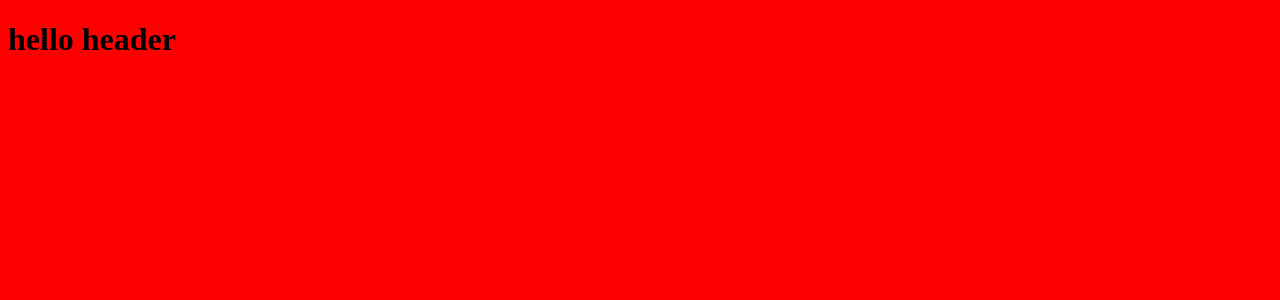
Repository: Rohullah-Noori/shop
Page: index.html
An editor plug-in stored every save of this project. The page is shown before and after the next save, followed by the edit.
The browser window is 1280 px wide. The pictures show the whole page.

Above is the page before, as saved 2025-03-03 15:55:45.

### index.html
<!DOCTYPE html>
<html lang="en">
  <head>
    <meta charset="UTF-8" />
    <meta name="viewport" content="width=device-width, initial-scale=1.0" />
    <title>Document</title>
    <style>
      body {
        background-color: red;
      }
    </style>
  </head>
  <body>
    <h1>hello header</h1>
  </body>
</html>

After the next save:
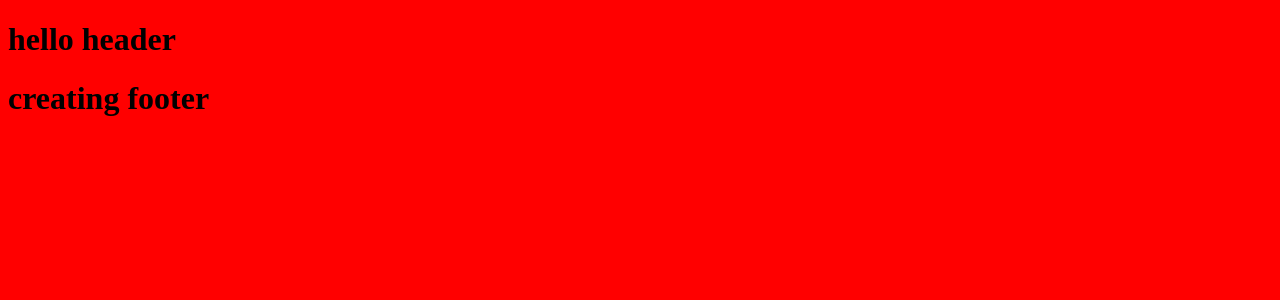
Saved 2 min 10 s later.
--- a/index.html
+++ b/index.html
@@ -13,4 +13,7 @@
   <body>
     <h1>hello header</h1>
   </body>
+  <footer>
+    <h1>creating footer</h1>
+  </footer>
 </html>
